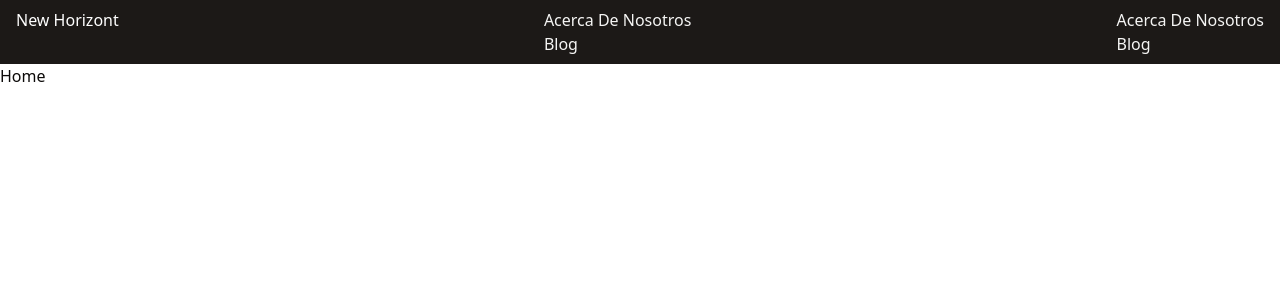
Repository: jefrydep/new-horizont-school
Page: /
An editor plug-in stored every save of this project. The page is shown before and after the next save, followed by the edit.
The browser window is 1280 px wide. The pictures show the whole page.
The project was rebuilt for these pictures with package versions that can differ from the ones it lists, and the page was loaded fresh each time. The framework's server and built-in components were replaced by stand-ins that run in the browser. Also part of the build but not shown: next.config.ts.

Above is the page before, as saved 2024-11-07 18:09:40.

### src/app/(new-horizont-school)/layout.tsx
// import type { Metadata } from "next";
// import localFont from "next/font/local";

import Navbar from "@/components/Navbar";

// const geistSans = localFont({
//   src: "./fonts/GeistVF.woff",
//   variable: "--font-geist-sans",
//   weight: "100 900",
// });
// const geistMono = localFont({
//   src: "./fonts/GeistMonoVF.woff",
//   variable: "--font-geist-mono",
//   weight: "100 900",
// });

// export const metadata: Metadata = {
//   title: "Create Next App",
//   description: "Generated by create next app",
// };

export default function SchoolLayout({
  children,
}: Readonly<{
  children: React.ReactNode;
}>) {
  return (
    <html lang="en">
      <body
      // className={`${geistSans.variable} ${geistMono.variable} antialiased`}
      >
        {children}
      </body>
    </html>
  );
}

### src/app/layout.tsx
import type { Metadata } from "next";
import localFont from "next/font/local";
import "./globals.css";
import Navbar from "@/components/Navbar";
import { Button } from "@/components/ui/button";

const geistSans = localFont({
  src: "./fonts/GeistVF.woff",
  variable: "--font-geist-sans",
  weight: "100 900",
});
const geistMono = localFont({
  src: "./fonts/GeistMonoVF.woff",
  variable: "--font-geist-mono",
  weight: "100 900",
});

export const metadata: Metadata = {
  title: "Create Next App",
  description: "Generated by create next app",
};

export default function RootLayout({
  children,
}: Readonly<{
  children: React.ReactNode;
}>) {
  return (
    <html lang="en">
      <body
        className={`   ${geistSans.variable} ${geistMono.variable} antialiased`}
      >
        <Navbar />
        {children}
        <div className=" sm:hidden bg-white border flex justify-center py-3  absolute bottom-0 right-0 left-0">
          <Button className="bg-green-500">
            <span>w</span> Contacto
          </Button>
        </div>
        {/* <div className="absolute bg-red-400 bottom-0 left-1/2 transform -translate-x-1/2 mb-4">
          <Button>Contacto</Button>
        </div> */}
      </body>
    </html>
  );
}

### src/app/globals.css
@tailwind base;
@tailwind components;
@tailwind utilities;

/* :root {
  --background: #ffffff;
  --foreground: #171717;
}

@media (prefers-color-scheme: dark) {
  :root {
    --background: #0a0a0a;
    --foreground: #ededed;
  }
}

body {
  color: var(--foreground);
  background: var(--background);
  font-family: Arial, Helvetica, sans-serif;
} */
@layer base {
  :root {
    --background: 0 0% 100%;
    --foreground: 20 14.3% 4.1%;
    --card: 0 0% 100%;
    --card-foreground: 20 14.3% 4.1%;
    --popover: 0 0% 100%;
    --popover-foreground: 20 14.3% 4.1%;
    --primary: 24 9.8% 10%;
    --primary-foreground: 60 9.1% 97.8%;
    --secondary: 60 4.8% 95.9%;
    --secondary-foreground: 24 9.8% 10%;
    --muted: 60 4.8% 95.9%;
    --muted-foreground: 25 5.3% 44.7%;
    --accent: 60 4.8% 95.9%;
    --accent-foreground: 24 9.8% 10%;
    --destructive: 0 84.2% 60.2%;
    --destructive-foreground: 60 9.1% 97.8%;
    --border: 20 5.9% 90%;
    --input: 20 5.9% 90%;
    --ring: 20 14.3% 4.1%;
    --chart-1: 12 76% 61%;
    --chart-2: 173 58% 39%;
    --chart-3: 197 37% 24%;
    --chart-4: 43 74% 66%;
    --chart-5: 27 87% 67%;
    --radius: 0.5rem
  }
  .dark {
    --background: 20 14.3% 4.1%;
    --foreground: 60 9.1% 97.8%;
    --card: 20 14.3% 4.1%;
    --card-foreground: 60 9.1% 97.8%;
    --popover: 20 14.3% 4.1%;
    --popover-foreground: 60 9.1% 97.8%;
    --primary: 60 9.1% 97.8%;
    --primary-foreground: 24 9.8% 10%;
    --secondary: 12 6.5% 15.1%;
    --secondary-foreground: 60 9.1% 97.8%;
    --muted: 12 6.5% 15.1%;
    --muted-foreground: 24 5.4% 63.9%;
    --accent: 12 6.5% 15.1%;
    --accent-foreground: 60 9.1% 97.8%;
    --destructive: 0 62.8% 30.6%;
    --destructive-foreground: 60 9.1% 97.8%;
    --border: 12 6.5% 15.1%;
    --input: 12 6.5% 15.1%;
    --ring: 24 5.7% 82.9%;
    --chart-1: 220 70% 50%;
    --chart-2: 160 60% 45%;
    --chart-3: 30 80% 55%;
    --chart-4: 280 65% 60%;
    --chart-5: 340 75% 55%
  }
}
@layer base {
  * {
    @apply border-border;
  }
  body {
    @apply bg-background text-foreground;
  }
}

### src/components/Navbar.tsx
"use client";
import { Menu } from "lucide-react";
import Link from "next/link";

export default function Navbar() {
  return (
    <header className="bg-primary h-16">
      <div className="flex justify-between m-auto      container px-4 py-2  ">
        <div className="text-white">New Horizont</div>
        <nav className="outline-none hidden sm:block list-none">
          <li className="text-secondary">
            <Link href={"/about"}>Acerca De Nosotros</Link>
          </li>
          <li className="text-secondary">
            <Link href={"/blog"}>Blog</Link>
          </li>
        </nav>
        <nav className="outline-none  sm:block list-none">
          <li className="text-secondary">
            <Link href={"/about"}>Acerca De Nosotros</Link>
          </li>
          <li className="text-secondary">
            <Link href={"/blog"}>Blog</Link>
          </li>
        </nav>
        <div className="  sm:hidden">
          <Menu color="white" size={45} />
        </div>
        {/* <li className="text-secondary">
            <Link href={"/about"}>About</Link>
          </li> */}
      </div>
    </header>
  );
}

### src/components/ui/button.tsx
import * as React from "react"
import { Slot } from "@radix-ui/react-slot"
import { cva, type VariantProps } from "class-variance-authority"

import { cn } from "@/lib/utils"

const buttonVariants = cva(
  "inline-flex items-center justify-center gap-2 whitespace-nowrap rounded-md text-sm font-medium transition-colors focus-visible:outline-none focus-visible:ring-1 focus-visible:ring-ring disabled:pointer-events-none disabled:opacity-50 [&_svg]:pointer-events-none [&_svg]:size-4 [&_svg]:shrink-0",
  {
    variants: {
      variant: {
        default:
          "bg-primary text-primary-foreground shadow hover:bg-primary/90",
        destructive:
          "bg-destructive text-destructive-foreground shadow-sm hover:bg-destructive/90",
        outline:
          "border border-input bg-background shadow-sm hover:bg-accent hover:text-accent-foreground",
        secondary:
          "bg-secondary text-secondary-foreground shadow-sm hover:bg-secondary/80",
        ghost: "hover:bg-accent hover:text-accent-foreground",
        link: "text-primary underline-offset-4 hover:underline",
      },
      size: {
        default: "h-9 px-4 py-2",
        sm: "h-8 rounded-md px-3 text-xs",
        lg: "h-10 rounded-md px-8",
        icon: "h-9 w-9",
      },
    },
    defaultVariants: {
      variant: "default",
      size: "default",
    },
  }
)

export interface ButtonProps
  extends React.ButtonHTMLAttributes<HTMLButtonElement>,
    VariantProps<typeof buttonVariants> {
  asChild?: boolean
}

const Button = React.forwardRef<HTMLButtonElement, ButtonProps>(
  ({ className, variant, size, asChild = false, ...props }, ref) => {
    const Comp = asChild ? Slot : "button"
    return (
      <Comp
        className={cn(buttonVariants({ variant, size, className }))}
        ref={ref}
        {...props}
      />
    )
  }
)
Button.displayName = "Button"

export { Button, buttonVariants }

Loaded but not shown: src/app/(new-horizont-school)/page.tsx (common file); src/lib/utils.ts (common file); tailwind.config.ts (common file)

After the next save:
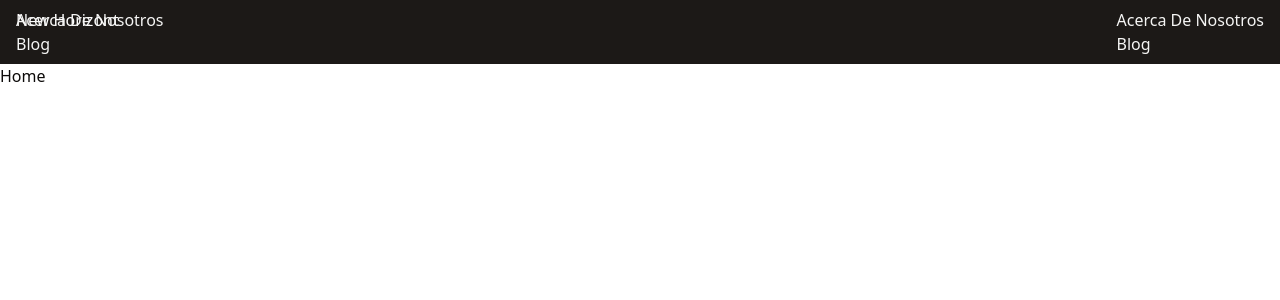
Saved 11 s later.
--- a/src/components/Navbar.tsx
+++ b/src/components/Navbar.tsx
@@ -15,7 +15,7 @@ export default function Navbar() {
             <Link href={"/blog"}>Blog</Link>
           </li>
         </nav>
-        <nav className="outline-none  sm:block list-none">
+        <nav className="outline-none absolute sm:block list-none">
           <li className="text-secondary">
             <Link href={"/about"}>Acerca De Nosotros</Link>
           </li>
